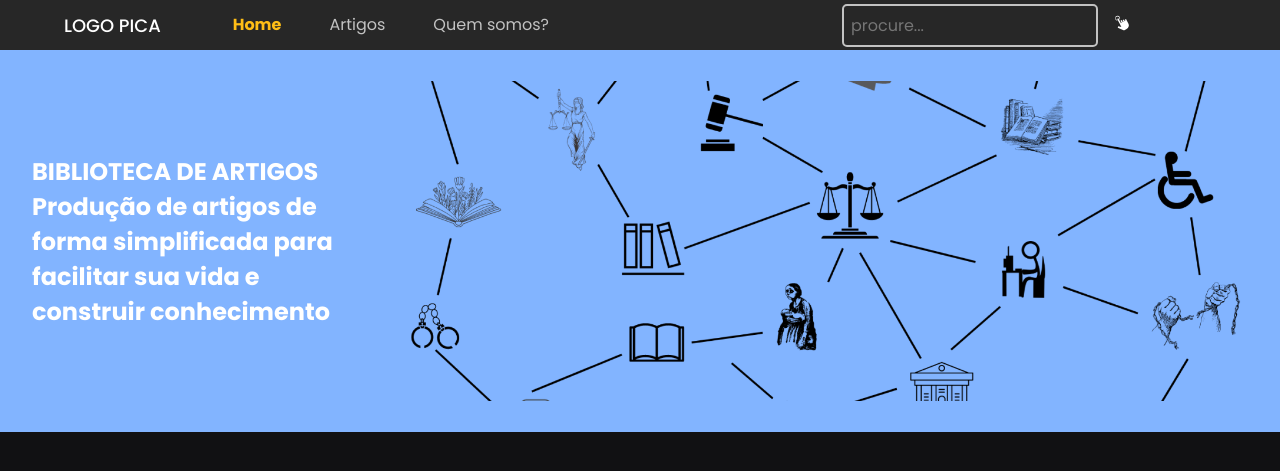
Repository: ArthurHendrich/Inepto
Page: /
An editor plug-in stored every save of this project. The page is shown before and after a run of saves, followed by the edit.
The browser window is 1280 px wide. The pictures show the whole page.
The project was rebuilt for these pictures with package versions that can differ from the ones it lists, and the page was loaded fresh each time. The framework's server and built-in components were replaced by stand-ins that run in the browser. Also part of the build but not shown: next.config.js.

Above is the page before, as saved 2022-07-06 19:39:43.

After the next 2 saves:
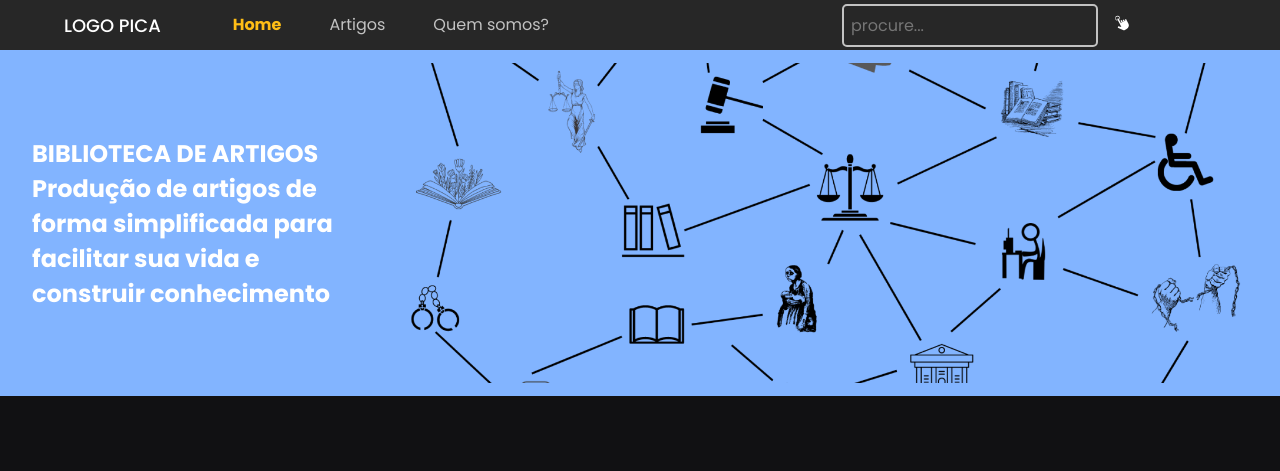
The 2 saves are shown as one change because they came seconds apart.
The last was saved 8 s later.
--- a/src/styles/home.module.scss
+++ b/src/styles/home.module.scss
@@ -1,5 +1,5 @@
 .headerContainer {
-  min-height: calc(60vh - 3.125rem);
+  min-height: calc(55vh - 3.125rem);
   margin: 0 auto;
   display: flex;
   justify-content: center;

After the save that followed:
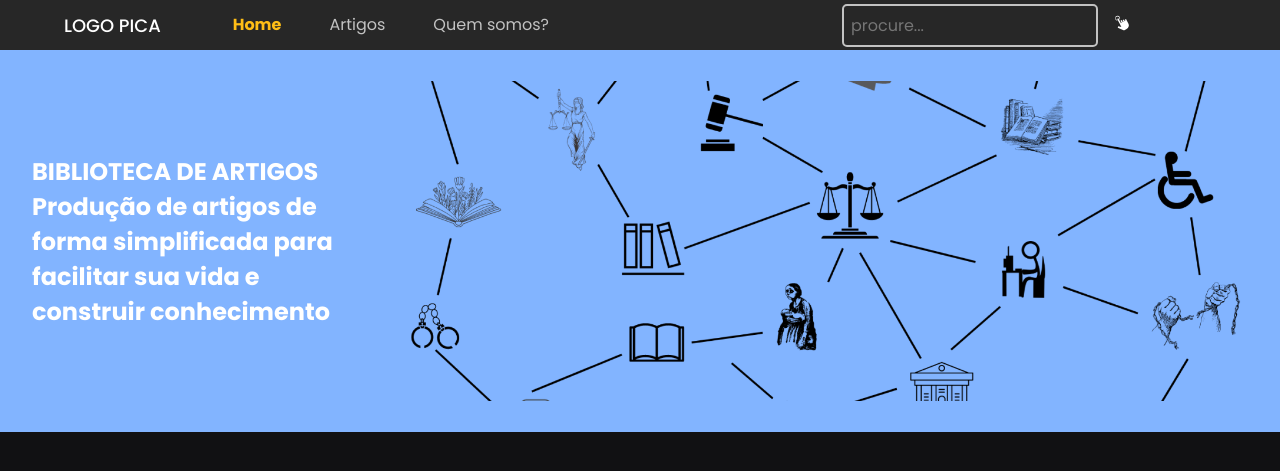
Saved 6 s later.
--- a/src/styles/home.module.scss
+++ b/src/styles/home.module.scss
@@ -1,5 +1,5 @@
 .headerContainer {
-  min-height: calc(55vh - 3.125rem);
+  min-height: calc(60vh - 3.125rem);
   margin: 0 auto;
   display: flex;
   justify-content: center;
